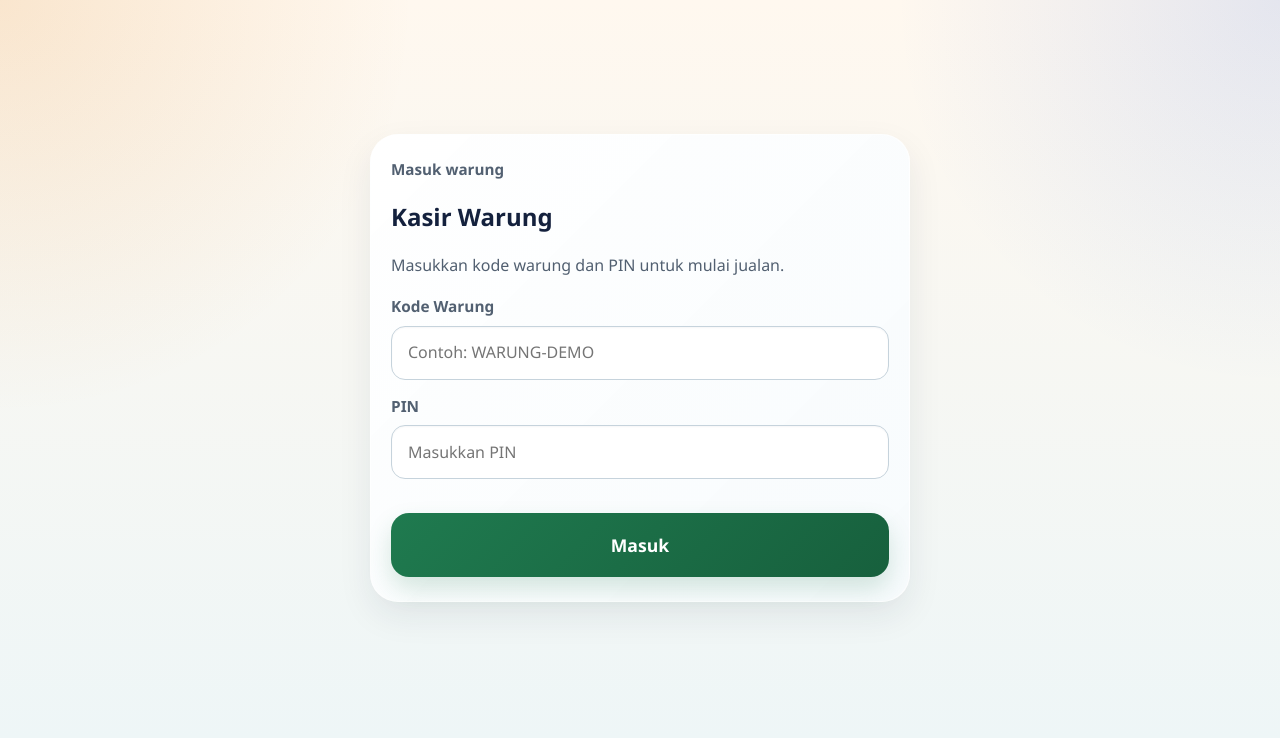
Repository: diritditdit07/warung-pintar
Page: /
These files come from the project's save history. The page is drawn as it stood at one moment and after the next save; the edit follows.
The browser window is 1280 px wide. The pictures show the whole page.
The project was rebuilt for these pictures with package versions that can differ from the ones it lists, and the page was loaded fresh each time. Also part of the build but not shown: vite.config.js, src/components/AddStorePage.jsx, src/components/ScreenLayout.jsx, src/components/ExpensePage.jsx, src/utils/currency.js, src/components/HomeDashboard.jsx, src/components/ProductPage.jsx, src/components/ReportPage.jsx and 2 more.

Above is the page before, as saved 2026-04-08 11:00:36.

After the next save:
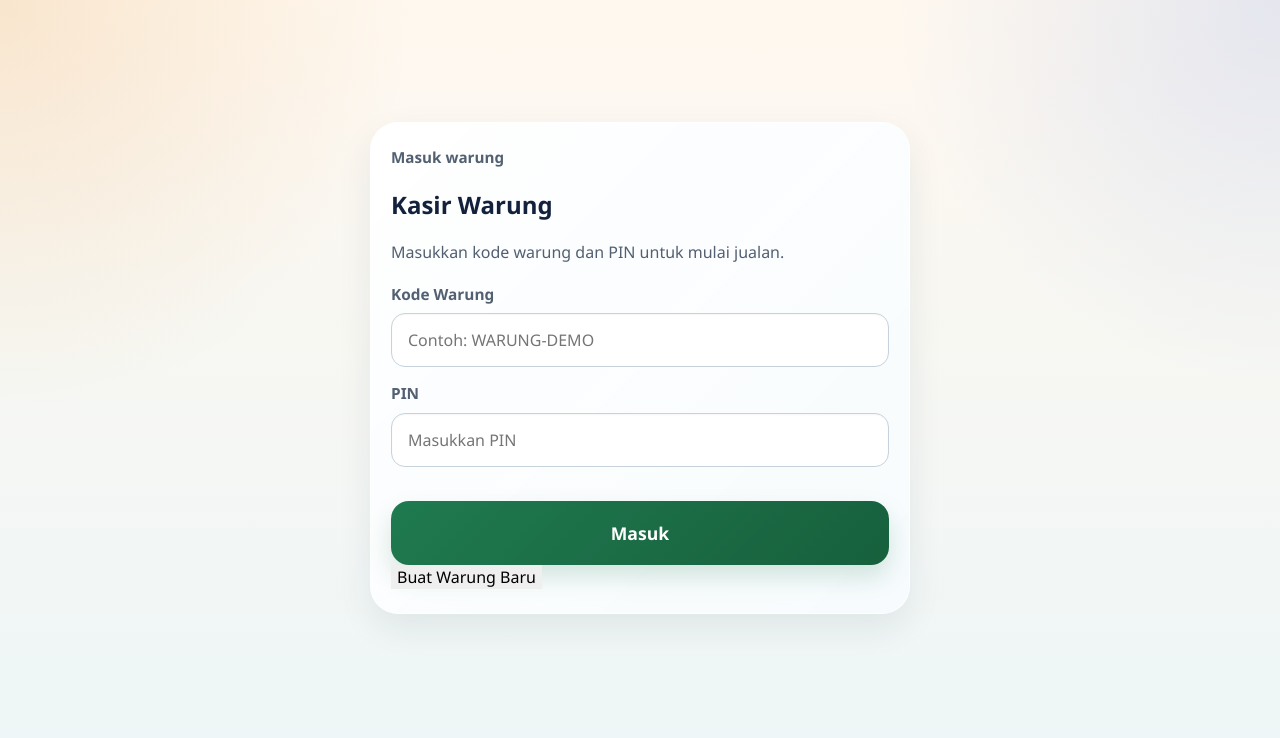
Saved 5 s later.
--- a/src/components/LoginPage.jsx
+++ b/src/components/LoginPage.jsx
@@ -44,6 +44,14 @@ export default function LoginPage({
             {isSubmitting ? 'Masuk...' : 'Masuk'}
           </button>
         </form>
+
+        {onAddStore && (
+          <div className="login-card__footer">
+            <button type="button" className="link-button" onClick={onAddStore}>
+              Buat Warung Baru
+            </button>
+          </div>
+        )}
       </div>
     </section>
   );
